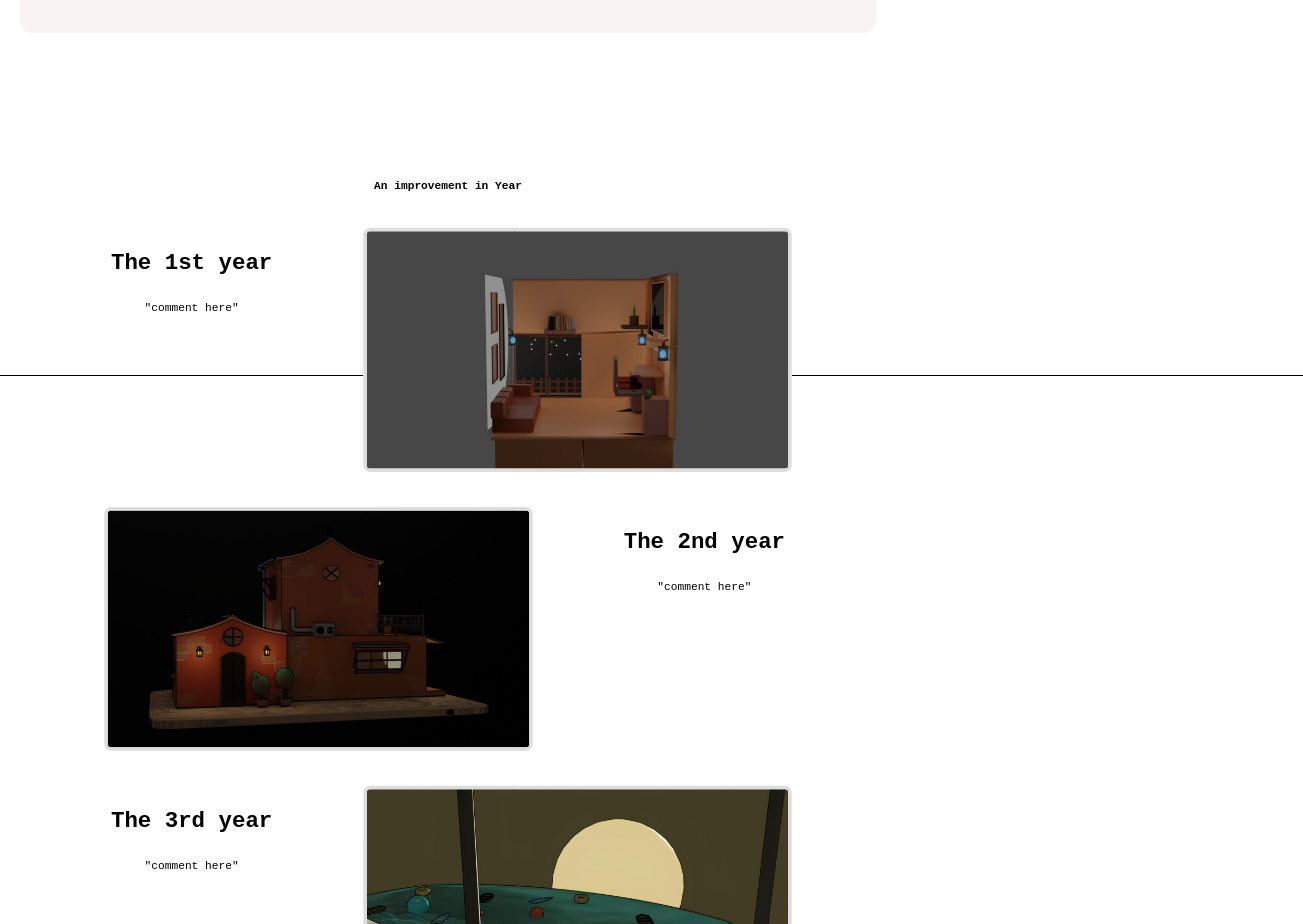
Repository: kittipichcha/Port1
Page: page2.html
The author's editor kept a copy of each file at every save. The page is drawn from the files as they stood at one save, then again after the next save.
The browser window is 1280 px wide. The page is 1862 px wide, so the pictures cover 1862 px, including what lies to the right of the window. The pictures show the part of the page from y = 2368 to 3688 px (the page is 5522 px tall before and 5527 px after), at 70% of full size.

Above is the page before, as saved 2024-10-16 21:25:11.

After the next save:
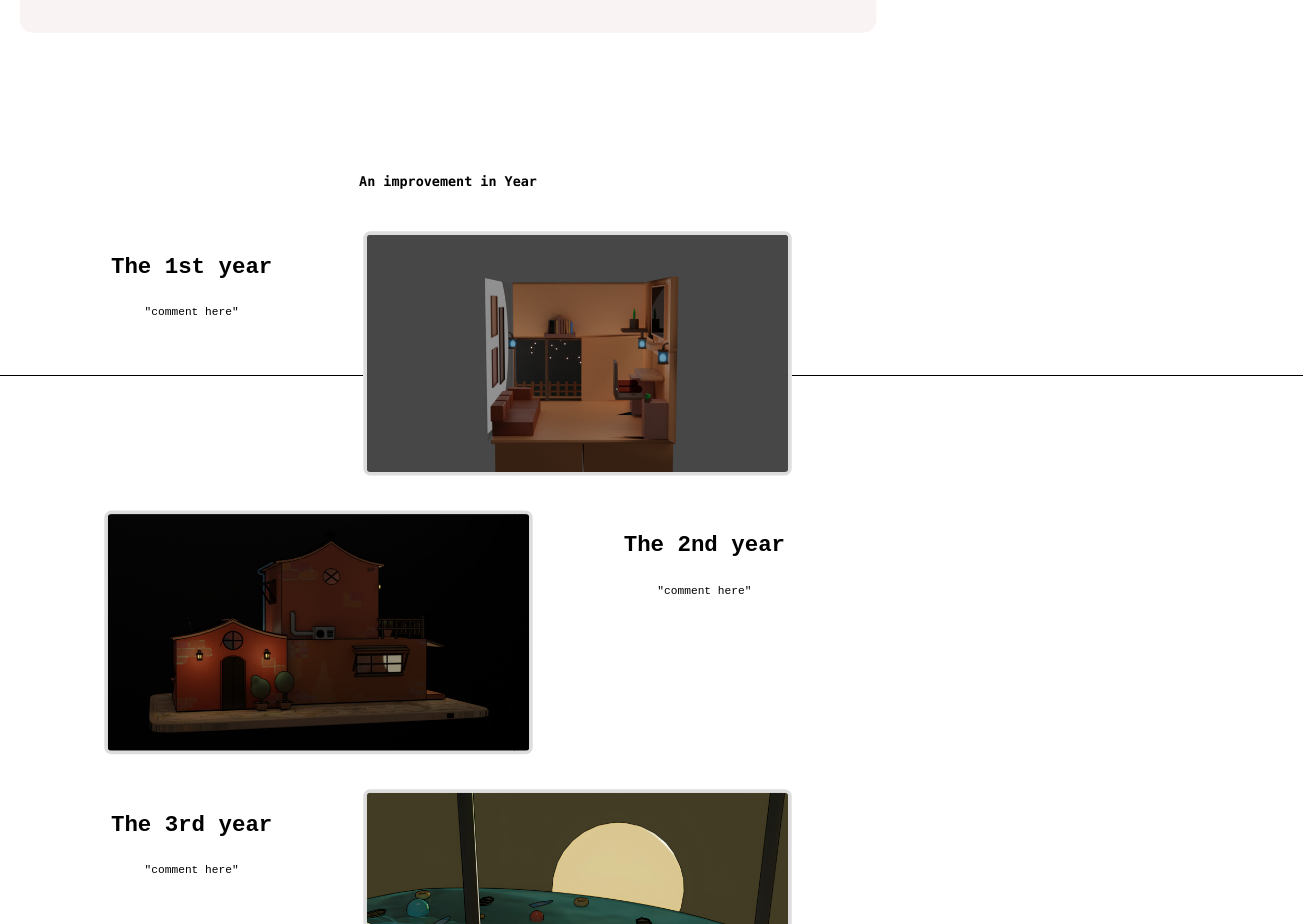
Saved 24 s later.
--- a/page2.html
+++ b/page2.html
@@ -51,7 +51,7 @@
     <!-- Improvement -->
     <div class = "space"> </div>
     <div class = "galleryContainer">
-        <h1 class = "textGeneral"  style="justify-content: center;"> An improvement in Year</h1>
+        <h1 class = "textTopic"  style="justify-content: center; font-size:larger"> An improvement in Year</h1>
         <div>
             <div class = "widget">
                 <div class = "topicAndPara">
